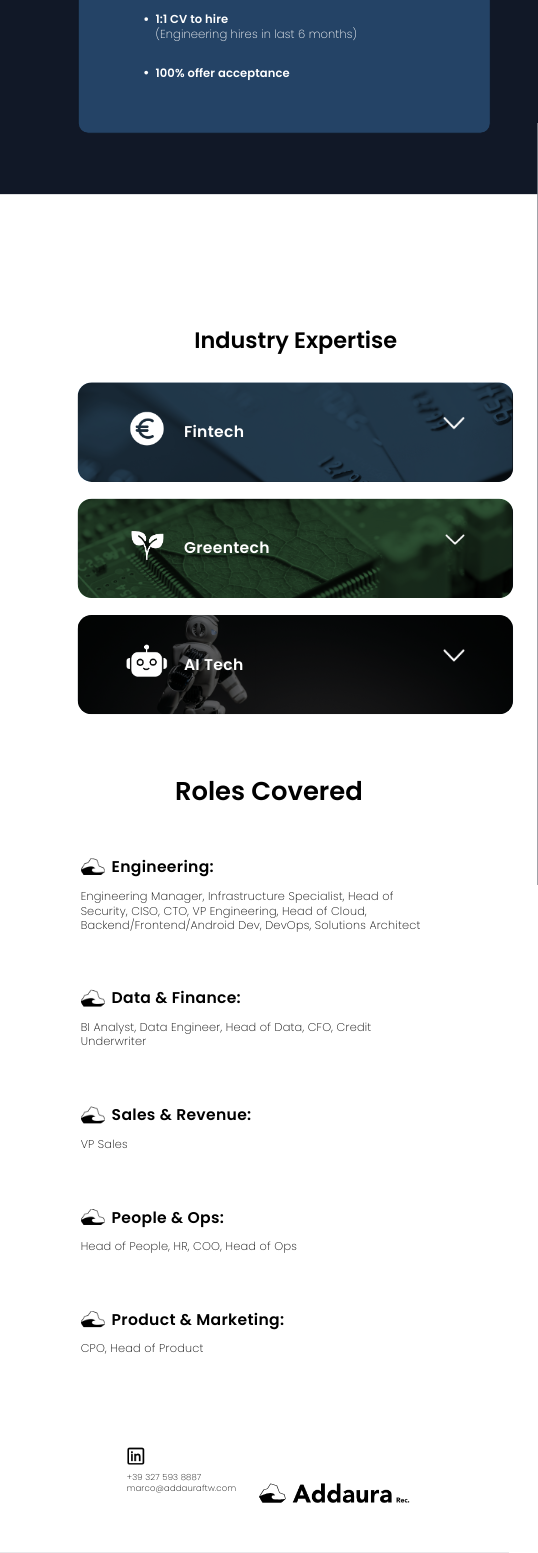
Repository: UnatPannu/Addaura-Trial
Page: public/services.html
An editor plug-in stored every save of this project. The page is shown before and after the next save, followed by the edit.
The browser window is 768 px wide. The pictures show the part of the page from y = 2728 to 4968 px (the page is 4947 px tall before and 4968 px after), at 70% of full size.
Backgrounds fixed to the window are drawn as part of the page.

Above is the page before, as saved 2025-09-22 19:09:15.

After the next save:
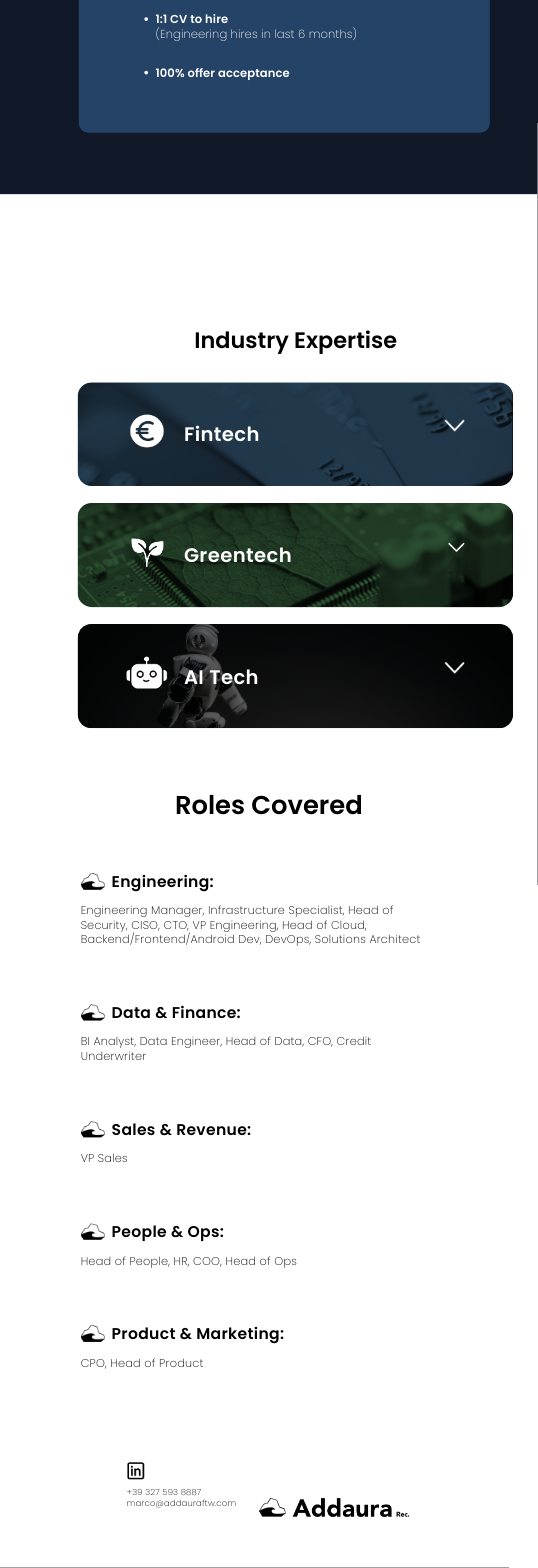
Saved 1 s later.
--- a/public/styles/services.css
+++ b/public/styles/services.css
@@ -526,7 +526,7 @@
   margin-left:5%;
   margin-top:5%;
   white-space:nowrap;
-  font-size: clamp(28px, 2.2vw, px);
+  font-size: clamp(28px, 2.2vw, 38px);
 }
 .mobile-header .mobile-drop-arrow img{
   display:block;
